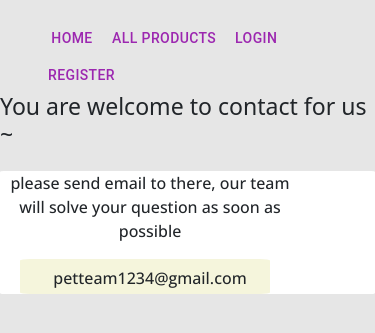
Repository: dzwfighting/pet
Page: /contact
These files come from the project's save history. The page is drawn as it stood at one moment and after a run of saves; the edit follows.
The browser window is 375 px wide. The pictures show the whole page.
The project was rebuilt for these pictures with package versions that can differ from the ones it lists, and the page was loaded fresh each time. Also part of the build but not shown: src/components/homeComponent.js, src/components/Layout.js, src/components/checkoutComponent.js, src/fake-data/products.js, src/styles/css/cart.css, src/components/ShopCartComponent.js, src/components/productsDetail.js, src/manipulate/checkValid.js and 10 more.

Above is the page before, as saved 2023-08-20 10:04:15.

### src/index.js
import React from "react";
import ReactDOM from "react-dom/client";
import "./index.css";
import App from "./App";
import { Provider } from "react-redux";
import store from "./manipulate/store";
import reportWebVitals from "./reportWebVitals";

const root = ReactDOM.createRoot(document.getElementById("root"));
root.render(
  <Provider store={store}>
    <React.StrictMode>
      <App />
    </React.StrictMode>
  </Provider>
);

// If you want to start measuring performance in your app, pass a function
// to log results (for example: reportWebVitals(console.log))
// or send to an analytics endpoint. Learn more: https://bit.ly/CRA-vitals
reportWebVitals();

### src/App.js
import "./App.css";
import { BrowserRouter, Routes, Route } from "react-router-dom";
import Layout from "./components/Layout";
import Checkout from "./components/checkoutComponent";
import ShopCart from "./components/ShopCartComponent";
import ProductsDetail from "./components/productsDetail";
import Register from "./components/Register";
import Login from "./components/Login";
import Error from "./components/Error";
import Collections from "./components/Collections";
import Contactus from "./components/Contactus";
import Products from "./components/Products";

function App() {
  return (
    <BrowserRouter>
      <Routes>
        <Route path="/" element={<Layout />} />
        <Route path="checkout" element={<Checkout />} />
        <Route path="shopcart" element={<ShopCart />} />
        <Route path="contact" element={<Contactus />} />
        <Route path="products" element={<Products />} />
        <Route path="products/:id" element={<ProductsDetail />} />
        <Route path="register" element={<Register />} />
        <Route path="login" element={<Login />} />
        <Route path="error/:message" element={<Error />} />
        <Route path="collections" element={<Collections />} />
      </Routes>
    </BrowserRouter>
  );
}

export default App;

### src/manipulate/store.js
import { createStore } from "redux";
import rootReducer from "./reducer";

export default createStore(rootReducer);

### src/components/Contactus.js
import React from "react";
import NavComponent from "./navComponent";
import Container from "react-bootstrap/Container";
import Row from "react-bootstrap/Row";
import Col from "react-bootstrap/Col";
import "../styles/css/contact.css";
import cat11 from "../styles/images/cat11-removebg-preview.png";

const Contactus = () => {
  return (
    <div>
      <NavComponent />
      <h3>You are welcome to contact for us ~</h3>
      <div className="containerSet">
        <p>
          please send email to there, our team will solve your question as soon
          as possible
        </p>
        <div className="emailBlock">
          <p className="emailP">petteam1234@gmail.com</p>
        </div>
      </div>
    </div>
  );
};

export default Contactus;

### src/manipulate/reducer.js
import users from "../fake-data/users";

const initialState = {
  curUser: null,
  // cartItems: [],
  // totalQuantity: 0,
  // totalAmount: 0,
  // collectItems: [],
};

const rootReducer = (state = initialState, action) => {
  switch (action.type) {
    case "LOGIN":
      return {
        ...state,
        curUser: action.payload,
      };
    case "LOGOUT":
      return {
        ...state,
        curUser: null,
      };
    case "REGISTER":
      users.push(action.payload);
      return {
        ...state,
        curUser: action.payload,
      };
    // case "ADDCART":
    //   const newItem = action.payload;
    //   const existItem = state.cartItems.find((item) => item.id === newItem.id);
    //   state.totalQuantity++;
    //   if (!existItem) {
    //     state.cartItems.push({
    //       id: newItem.id,
    //       title: newItem.title,
    //       iamge: newItem.image,
    //       price: newItem.price,
    //       quantity: 1,
    //       totalPrice: newItem.price,
    //     });
    //   } else {
    //     existItem.quantity++;
    //     existItem.totalPrice =
    //       Number(existItem.totalPrice) + Number(newItem.price);
    //   }

    //   state.totalAmount = state.cartItems.reduce(
    //     (total, item) => total + Number(item.price) * Number(item.quantity),
    //     0
    //   );
  }
  return state;
};
export default rootReducer;

### src/components/navComponent.js
import React, { useEffect } from "react";
import { Link, useNavigate } from "react-router-dom";
import Button from "@mui/material/Button";
import { useDispatch, useSelector } from "react-redux";
import { logout } from "../manipulate/action";

const NavComponent = () => {
  const curUser = useSelector((state) => state.curUser);
  const dispatch = useDispatch();
  const navigate = useNavigate();

  const handleLogout = () => {
    dispatch(logout());
    navigate("/");
  };

  // console.log(curUser);

  return (
    <div style={{ marginLeft: "40px", marginTop: "20px", marginRight: "40px" }}>
      <Link to="/" style={{ textDecoration: "none" }}>
        <Button color="secondary">Home</Button>
      </Link>

      <Link
        to="/products"
        state={{ category: "all" }}
        style={{ textDecoration: "none" }}
      >
        <Button color="secondary">All Products</Button>
      </Link>
      {curUser ? (
        <Link to="/shopcart" style={{ textDecoration: "none" }}>
          <Button color="secondary">Shop Cart</Button>
        </Link>
      ) : (
        <a />
      )}
      {curUser ? (
        <Link to="/collections" style={{ textDecoration: "none" }}>
          <Button color="secondary">Collections</Button>
        </Link>
      ) : (
        <a />
      )}
      {/* {curUser ? (
        <Link to="/checkout" style={{ textDecoration: "none" }}>
          <Button color="secondary">Check Out </Button>
        </Link>
      ) : (
        <a />
      )} */}
      {curUser ? (
        <Button color="secondary" onClick={handleLogout}>
          Logout
        </Button>
      ) : (
        <Link to="/login" style={{ textDecoration: "none" }}>
          <Button color="secondary">Login</Button>
        </Link>
      )}
      {curUser ? (
        <a />
      ) : (
        <Link to="/register" style={{ textDecoration: "none" }}>
          <Button color="secondary">Register</Button>
        </Link>
      )}
    </div>
  );
};

export default NavComponent;

### src/fake-data/users.js
let users = [
  {
    email: "user1@gmail.com",
    password: "123456",
    collections: ["11"],
    cart: [{ proId: "11", cnt: "2" }],
    uploads: [
      "https://images.unsplash.com/photo-1526336024174-e58f5cdd8e13?ixlib=rb-4.0.3&ixid=M3wxMjA3fDB8MHxwaG90by1wYWdlfHx8fGVufDB8fHx8fA%3D%3D&auto=format&fit=crop&w=1887&q=80",
    ],
  },
  {
    email: "user2@gmail.com",
    password: "123456",
    collections: ["12", "13"],
    cart: [
      { proId: "12", cnt: "1" },
      { proId: "13", cnt: "2" },
    ],
    uploads: [
      "https://images.unsplash.com/photo-1526336024174-e58f5cdd8e13?ixlib=rb-4.0.3&ixid=M3wxMjA3fDB8MHxwaG90by1wYWdlfHx8fGVufDB8fHx8fA%3D%3D&auto=format&fit=crop&w=1887&q=80",
      "https://images.unsplash.com/photo-1542650507-17d51cecbbb5?ixlib=rb-4.0.3&ixid=M3wxMjA3fDB8MHxwaG90by1wYWdlfHx8fGVufDB8fHx8fA%3D%3D&auto=format&fit=crop&w=1942&q=80",
    ],
  },
];

let findUser = (email) => {
  let userIdx = 0;
  for (let i = 0; i < users.length; i++) {
    if (users[i].email === email) {
      userIdx = i;
      break;
    }
  }
  return userIdx;
};

export const findUserData = (email) => {
  let userIdx = findUser(email);
  return users[userIdx];
};

export let addCollect = (email, collect) => {
  let userIdx = findUser(email);

  // console.log("add succes");
  users[userIdx].collections.push(collect);
  console.log(users[userIdx]);
  return users[userIdx];
};

export let deleteCollect = (email, delId) => {
  let userIdx = findUser(email);

  let delIdx = 0;
  for (let i = 0; i < users[userIdx].collections.length; i++) {
    if (users[userIdx].collections[i] === delId) {
      delIdx = i;
      break;
    }
  }

  users[userIdx].collections.splice(delIdx, 1);
  console.log("del success");
  console.log(users[userIdx].collections);
  return users[userIdx];
};

export let addCart = (email, addId) => {
  let userIdx = findUser(email);
  let ifFind = false;
  for (let i = 0; i < users[userIdx].cart.length; i++) {
    if (users[userIdx].cart[i].proId === addId) {
      ifFind = true;
      users[userIdx].cart[i].cnt = (
        Number(users[userIdx].cart[i].cnt) + 1
      ).toString();
      break;
    }
  }

  if (!ifFind) {
    users[userIdx].cart.push({ proId: addId, cnt: "1" });
  }
  console.log(users[userIdx]);
  return users[userIdx];
};

export const delCart = (email, delId) => {
  let userIdx = findUser(email);
  for (let i = 0; i < users[userIdx].cart.length; i++) {
    if (users[userIdx].cart[i].proId === delId) {
      users[userIdx].cart.splice(i, 1);
      break;
    }
  }
  console.log(users[userIdx]);
  return users[userIdx];
};

export const delOnePro = (email, delId) => {
  let userIdx = findUser(email);
  console.log(delId);
  console.log(users[userIdx]);
  for (let i = 0; i < users[userIdx].cart.length; i++) {
    if (users[userIdx].cart[i].proId === delId) {
      console.log("start delete");
      let delOne = Number(users[userIdx].cart[i].cnt) - 1;
      console.log(delOne);
      if (delOne == 0) {
        delCart(email, delId);
        break;
      } else {
        users[userIdx].cart[i].cnt = delOne.toString();
        break;
      }
    }
  }
  console.log(users[userIdx]);
  return users[userIdx];
};
export default users;

### src/styles/css/prodetail.css
@import url("https://fonts.googleapis.com/css2?family=Open+Sans:wght@500&display=swap");
.detailcard {
  display: flex;
  position: relative;
  font-family: "Open Sans", sans-serif;
  width: 100vw;
  left: 1vw;
  right: 1vw;
}
.detailcardimg {
  width: 25vw;
  height: 40vw;
}
.detailcontent {
  width: 66vw;
}
.detailcontent h2 {
  margin-bottom: 1vw;
}
.detailcontent p {
  margin-left: 1vw;
  text-align: left;
  padding-right: 1vw;
  padding-bottom: 1vw;
  width: 66vw;
  font-size: 1rem;
}

@media screen and (min-width: 1105px) {
  .detailcardimg {
    width: 300px;
    height: 380px;
  }
  .detailfinalBtn {
    margin-top: -5px;
  }
}

@media screen and (min-width: 917px) and (max-width: 1105px) {
  .detailcardimg {
    width: 28vw;
    height: 450px;
  }
  .detailcontent {
    width: 27vw;
  }
  .detailcontent h2 {
    font-size: 1rem;
  }
  .detailcontent p {
    font-size: 0.8rem;
  }
  .detailfinalBtn {
    margin-top: 5px;
  }
}

@media screen and (min-width: 771px) and (max-width: 917px) {
  /* .detailcardimg {
    width: 28vw;
    height: 45vw;
  } */
  .detailcontent h2 {
    margin-bottom: 5px;
    font-size: 1rem;
  }
  .detailcontent p {
    margin-left: 5px;
    padding-right: 5px;
    padding-bottom: 0px;
    width: 66vw;
    font-size: 0.7rem;
  }
}
@media screen and (min-width: 615px) and (max-width: 771px) {
  .detailcardimg {
    width: 20vw;
    height: 30vw;
  }
  .detailcontent h2 {
    margin-bottom: 5px;
    font-size: 0.9rem;
  }
  .detailcontent p {
    margin-left: 5px;
    padding-right: 0;
    padding-bottom: 0px;
    width: 66vw;
    font-size: 0.5rem;
  }
}
@media screen and (min-width: 480px) and (max-width: 615px) {
  .detailcard {
    display: block;
  }
  .detailcardimg {
    position: relative;
    left: 2%;
    width: 25vw;
    height: 35vw;
  }
  .detailcontent {
    width: 95vw;
  }
  .detailcontent h2 {
    width: 95vw;
    margin-left: 0;
    margin-bottom: 2px;
    font-size: 0.9rem;
  }
  .detailcontent p {
    margin-left: 2px;
    padding-right: 0;
    padding-bottom: 0px;
    width: 90vw;
    font-size: 0.7rem;
  }
  .detailfinalBtn {
    font-size: 0.7rem;
  }
}
@media screen and (min-width: 200px) and (max-width: 480px) {
  .detailcard {
    display: block;
  }
  .detailcardimg {
    position: relative;
    left: 2%;
    width: 25vw;
    height: 35vw;
  }
  .detailcontent {
    width: 95vw;
  }
  .detailcontent h2 {
    width: 90vw;
    margin-left: 0;
    margin-bottom: 2px;
    font-size: 0.9rem;
  }
  .detailcontent p {
    margin-left: 2px;
    padding-right: 0;
    padding-bottom: 0px;
    width: 90vw;

    font-size: 0.7rem;
  }
  .detailfinalBtn {
    font-size: 0.7rem;
  }
}

### src/manipulate/action.js
export const login = (user) => ({
  type: "LOGIN",
  payload: user,
});

export const logout = () => ({
  type: "LOGOUT",
});

export const register = (newUser) => ({
  type: "REGISTER",
  payload: newUser,
});

// export const addToCart = (item) => ({
//   type: "ADDTOCART",
//   payload: item,
// });

// export const deleteFromCard = (item) => ({
//   typeof: "DELETEFROMCART",
//   payload: item,
// });

// export const addToCollect = (item) => ({
//   type: "ADDTOCOLLECT",
//   payload: item,
// });

// export const deleteFromColllect = (item) => ({
//   type: "DELETEFROMCOLLECT",
//   payload: item,
// });

### src/styles/css/login.css
@import url("https://fonts.googleapis.com/css2?family=Open+Sans:wght@500&display=swap");
.formSet {
  display: flex;
  margin-left: 5%;
  align-items: center;
  font-family: "Open Sans", sans-serif;
}
.lableSet {
  font-size: 2rem;
}

.inputSet {
  font-size: 1rem;
  width: 800px;
}

.loginbtnSet {
  align-items: center;
  justify-content: center;
  width: 100px;
  height: 40px;
  /* font-size: 1.1rem; */
}
.pSet {
  font-size: 1.2rem;
}

@media screen and (min-width: 1025px) {
  .formSet {
    display: flex;
    margin-left: 5%;
    align-items: center;
    font-family: "Open Sans", sans-serif;
  }
  .lableSet {
    font-size: 2rem;
  }

  .inputSet {
    text-align: left;
    font-size: 1rem;
    width: 600px !important;
  }
  .loginbtnSet {
    height: 35px !important;
  }

  .regSet {
    width: 100px !important;
    padding-top: 6px;
    height: 37px !important;
  }
  .loginbtnSet p {
    width: 70px;
  }
  .pSet {
    font-size: 1.2rem !important;
  }
}
@media screen and (min-width: 769px) and (max-width: 1024px) {
  .formSet {
    display: flex;
    margin-left: 5%;
    align-items: center;
    font-family: "Open Sans", sans-serif;
  }
  .lableSet {
    font-size: 1.5rem;
  }
  .inputSet {
    font-size: 0.9rem !important;
    width: 700px !important;
  }
  .loginbtnSet {
    width: 65px;
    height: 38px;
    font-size: 0.9rem;
  }

  .regSet {
    width: 80px;
    padding-left: 6px;
    height: 38px;
  }
  .regSet p {
    margin-left: 2px;
    font-size: 0.9rem;
  }
  .pSet {
    font-size: 1rem;
  }
}
@media screen and (min-width: 481px) and (max-width: 768px) {
  .formSet {
    display: flex;
    margin-left: 5%;
    align-items: center;
    font-family: "Open Sans", sans-serif;
  }
  .lableSet {
    font-size: 1.5rem;
  }
  .inputSet {
    font-size: 0.9rem !important;
    width: 700px !important;
  }
  .loginbtnSet {
    width: 70px;
    /* padding-top: 1px;
    padding-left: 21px; */
    height: 38px;
    font-size: 0.9rem;
  }
  .regSet {
    width: 88px;
    /* padding-top: 2px;
    padding-left: 25px; */
    height: 37px;
    font-size: 0.9rem;
  }
}
@media screen and (max-width: 481px) {
  .formSet {
    display: flex;
    margin-left: 5%;
    align-items: center;
    font-family: "Open Sans", sans-serif;
    margin-top: 50px !important;
  }
  .lableSet {
    font-size: 1rem;
  }
  .inputSet {
    font-size: 0.8rem;
    width: 200px;
    height: 40px;
  }
  .loginbtnSet {
    align-items: center;
    justify-content: center;
    width: 56px;
    height: 28px;
    font-size: 0.7rem;
  }
  .pSet {
    font-size: 0.8rem;
  }
  .regSet {
    width: 66px;
    /* padding-left: 16px; */
    height: 30px;
    font-size: 0.7rem;
  }
}

### src/styles/css/contact.css
@import url("https://fonts.googleapis.com/css2?family=Open+Sans:wght@500&display=swap");
.containerSet h3 {
  display: flex;
  justify-content: center;
  align-items: center;
  font-family: "Open Sans", sans-serif;
  margin-top: 9%;
  margin-left: 5%;
  font-size: 1.8rem;
}
.containerSet p {
  font-family: "Open Sans", sans-serif;
  margin-top: 6%;
  font-size: 1.5rem;
}
.imgSet {
  width: 80%;
  margin-bottom: 7%;
}
.imgSize {
  margin-top: -11%;
}
.emailBlock {
  font-family: "Open Sans", sans-serif;
  width: 60%;
  height: 20%;
  background-color: beige;
  border-radius: 4%;
}
.emailP {
  margin-left: 20%;
  padding-top: 5%;
}

@media screen and (min-width: 1025px) {
  .containerSet h3 {
    display: flex;
    justify-content: center;
    align-items: center;
    font-family: "Open Sans", sans-serif;
    margin-top: 9%;
    font-size: 2.5rem;
    font-weight: 900;
  }
  .containerSet {
    display: flex;
    justify-content: center;
    align-items: center;
    text-align: center;
  }
  .containerSet p {
    display: flex;
    justify-content: center;
    align-items: center;
    text-align: center;
    font-family: "Open Sans", sans-serif;
    width: 1000px;
    margin-left: 100px;
    font-size: 1.7rem;
  }
  .imgSet {
    width: auto;
    height: 55%;
    margin-top: -70px;
  }
  .emailBlock {
    display: flex;
    justify-content: center;
    align-items: center;
    text-align: center;
    font-family: "Open Sans", sans-serif;
    width: 1000px;
    height: 60px;
    background-color: beige;
    border-radius: 4%;
    margin-left: 100px;
    /* margin-top: -50px; */
  }
  .emailP {
    margin-left: 30px;
    margin-bottom: 100px;
    /* padding-top: 15px; */
    font-family: "Open Sans", sans-serif;
    font-size: 1.5rem;
  }
}
@media screen and (min-width: 769px) and (max-width: 1024px) {
  .containerSet h3 {
    display: flex;
    justify-content: center;
    align-items: center;
    width: calc(100% - 10px);
    font-family: "Open Sans", sans-serif;
    margin-top: 9%;
    font-size: 2rem;
    font-weight: 900;
  }
  .containerSet {
    display: flex;
    justify-content: center;
    align-items: center;
    text-align: center;
  }
  .containerSet p {
    display: flex;
    justify-content: center;
    align-items: center;
    text-align: center;
    font-family: "Open Sans", sans-serif;
    margin-left: 110px;
    width: calc(100%);
    font-size: 1.2rem;
  }
  .imgSet {
    width: auto;
    height: 55%;
    margin-top: -55px;
  }
  .emailBlock {
    display: flex;
    justify-content: center;
    align-items: center;
    font-family: "Open Sans", sans-serif;
    width: calc(100% - 10px);
    height: 50px;
    background-color: beige;
    border-radius: 4%;
    margin-left: 110px;

    /* margin-top: -33px; */
  }

  .emailP {
    margin-left: 30px;
    margin-bottom: 43px;
    padding-top: 3%;
    font-size: 1.2rem;
  }
}
@media screen and (min-width: 481px) and (max-width: 768px) {
  .containerSet h3 {
    display: flex;
    justify-content: center;
    align-items: center;
    font-family: "Open Sans", sans-serif;
    margin-top: 9%;
    font-size: 1.5rem;
    font-weight: 900;
    margin-left: 5px;
    margin-right: 5px;
  }
  .containerSet {
    display: flex;
    justify-content: center;
    align-items: center;
  }
  .containerSet p {
    display: flex;
    justify-content: center;
    align-items: center;
    text-align: center;
    font-family: "Open Sans", sans-serif;
    width: 450px;
    margin-top: 6%;
    font-size: 1rem;
    /* margin-left: 80px; */
    /* margin-right: 5px; */
  }
  .imgSet {
    width: auto;
    height: 60%;
    margin-top: -45px;
  }
  .emailBlock {
    display: flex;
    justify-content: center;
    align-items: center;
    font-family: "Open Sans", sans-serif;
    width: 300px;
    height: 35px;
    background-color: beige;
    border-radius: 4%;
    margin-left: 60px;
  }
  .emailP {
    margin-left: 10px;
    margin-bottom: 25px;
    padding-top: 3%;
  }
}
@media screen and (max-width: 480px) {
  .containerSet h3 {
    display: flex;
    justify-content: center;
    align-items: center;
    font-family: "Open Sans", sans-serif;
    margin-top: 9%;
    font-size: 1.1rem;
    font-weight: 900;
    /* margin-left: 10px;
    margin-right: 10px; */
  }
  .containerSet {
    /* display: flex; */
    justify-content: center;
    align-items: center;
    background-color: white;
    border-radius: 1%;
  }
  .containerSet p {
    width: 300px;
    text-align: center;
    font-family: "Open Sans", sans-serif;
    margin-top: 6%;
    font-size: 1rem;
    /* margin-left: 10px;
    margin-right: 10px; */
  }
  .imgSet {
    width: auto;
    height: 60%;
    margin-top: -35px;
  }
  .emailBlock {
    display: flex;
    justify-content: center;
    align-items: center;
    font-family: "Open Sans", sans-serif;
    width: 250px;
    height: 35px;
    background-color: beige;
    border-radius: 4%;
    margin-left: 20px;
  }
  .emailP {
    margin-left: 10px;
    margin-bottom: 25px;
    padding-top: 5%;
  }
}

### src/styles/css/categories.css
@import url("https://fonts.googleapis.com/css2?family=Open+Sans:wght@500&display=swap");
.cardSet {
  /* margin-left: -18%; */
  position: relative;

  font-family: "Open Sans", sans-serif !important;
  /* margin-right: -20% */
}
.cSet {
  position: relative;
  right: 10%;

  /* width: 100vw; */
  justify-content: center;
}
.imgSet {
  width: 100vw !important;
}
.linkFont {
  font-size: 1.5em;
  margin-top: -50px;
}

@media screen and (min-width: 1025px) {
}
@media screen and (min-width: 769px) and (max-width: 1024px) {
  .cardSet {
    display: flex !important;
    align-items: center !important;
    justify-content: center !important;
    text-align: center !important;
    /* margin-left: -18%; */
  }
  .linkFont {
    font-size: 1.2em;
    margin-top: -50px;
  }
  .imgSet {
    width: 701px !important;
  }
}
@media screen and (min-width: 481px) and (max-width: 768px) {
  .cardSet {
    display: flex !important;
    align-items: center !important;
    justify-content: center !important;
    text-align: center !important;
    margin-left: -16%;
    /* margin-right: -20% */
  }
  .linkFont {
    font-size: 1.2em;
    margin-top: 1px !important;
  }

  .imgSet {
    width: 401px !important;
  }
}
@media screen and (max-width: 480px) {
  .cardSet {
    display: flex !important;
    align-items: center !important;
    justify-content: center !important;
    text-align: center !important;
  }
  .imgSet {
    width: 310px !important;
  }
  .linkFont {
    font-size: 1em;
    margin-top: 10px;
  }
}

Loaded but not shown: public/index.html (common file); src/index.css (common file); src/reportWebVitals.js (common file); src/App.css (common file); src/styles/allproducts.css (no stored copy; drawn as an empty file)

After the next 2 saves:
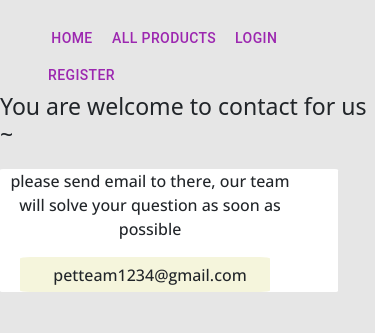
The 2 saves are shown as one change because they came seconds apart.
The last was saved 11 s later.
--- a/src/styles/css/contact.css
+++ b/src/styles/css/contact.css
@@ -206,6 +206,7 @@
     align-items: center;
     background-color: white;
     border-radius: 1%;
+    width: 90vw;
   }
   .containerSet p {
     width: 300px;
